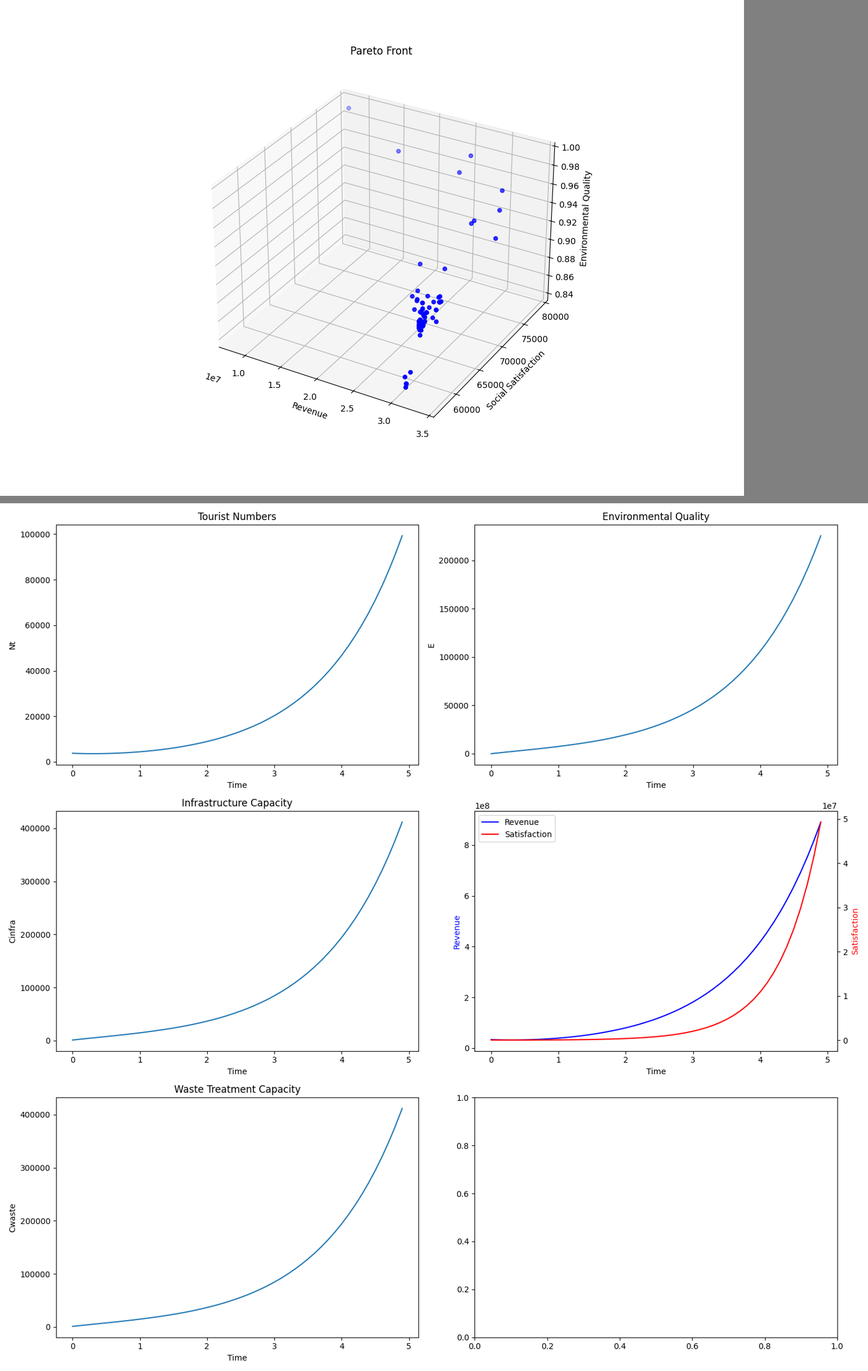
Repository: Kevinye0116/MCM
Script's output: python Coding/trial3.py
These files come from the project's save history. The script's output is drawn as it stood at one moment and after the next save; the edit follows.
The pictures are shown at 62% of full size.
Each picture stacks the figures in order, with grey between them; figures that are only written to a file come last. Figures wider than 1,400 px are first shrunk to that width. Random numbers start from a fixed seed.

Above is the script's output before, as saved 2025-01-25 21:47:48.

After the next save:
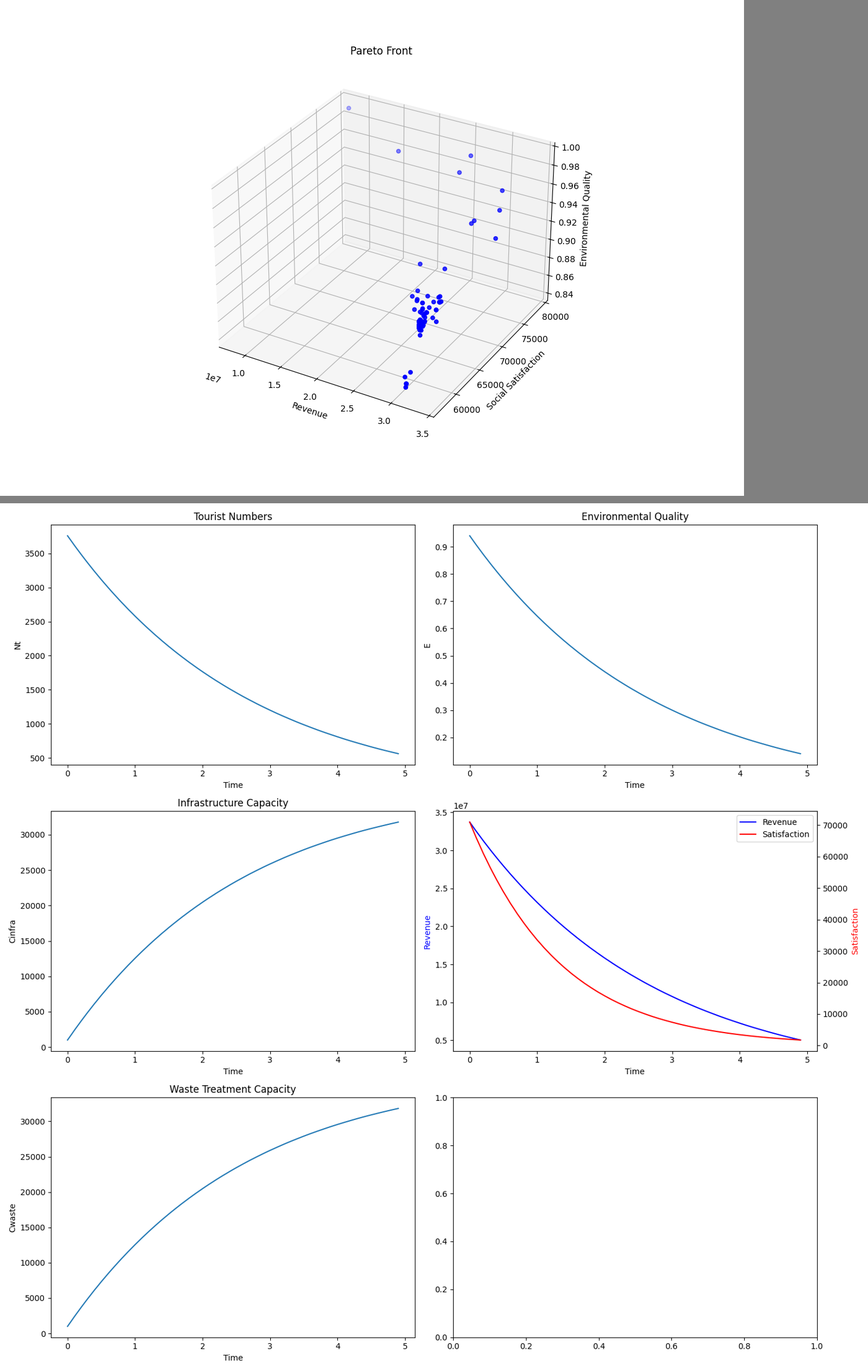
Saved 39 s later.
--- a/Coding/trial3.py
+++ b/Coding/trial3.py
@@ -221,11 +221,13 @@ class TourismOptimization:
         """模拟系统动态变化"""
         history = []
         current_x = x.copy()
-        current_E = self.E
         current_Cinfra = self.Cinfra
-        current_Cwaste = self.Cwaste  # 新增废物处理容量跟踪
+        current_Cwaste = self.Cwaste
 
         for t in range(time_steps):
+            # 直接计算环境质量，而不是通过变化率
+            current_E = self.calculate_environmental_quality(current_x)
+
             state = {
                 "t": t * self.dt,
                 "Nt": current_x[0],
@@ -233,23 +235,19 @@ class TourismOptimization:
                 "Pt": current_x[2],
                 "E": current_E,
                 "Cinfra": current_Cinfra,
-                "Cwaste": current_Cwaste,  # 新增废物处理容量记录
+                "Cwaste": current_Cwaste,
                 "Revenue": self.calculate_revenue(current_x),
                 "Satisfaction": self.calculate_social_satisfaction(current_x),
             }
             history.append(state)
 
-            # 计算变化率
-            dE = self.calculate_dE_dt(current_x) * self.dt
+            # 计算其他状态变量的变化率
             dCinfra = self.calculate_dCinfra_dt(current_x) * self.dt
-            dCwaste = (
-                self.calculate_dCwaste_dt(current_x) * self.dt
-            )  # 新增废物处理容量变化
+            dCwaste = self.calculate_dCwaste_dt(current_x) * self.dt
 
             # 更新状态变量
-            current_E += dE
             current_Cinfra += dCinfra
-            current_Cwaste += dCwaste  # 更新废物处理容量
+            current_Cwaste += dCwaste
             next_Nt = self.calculate_next_Nt(current_x, current_E)
             current_x[0] = np.clip(next_Nt, 0, self.Nt_max)
 
